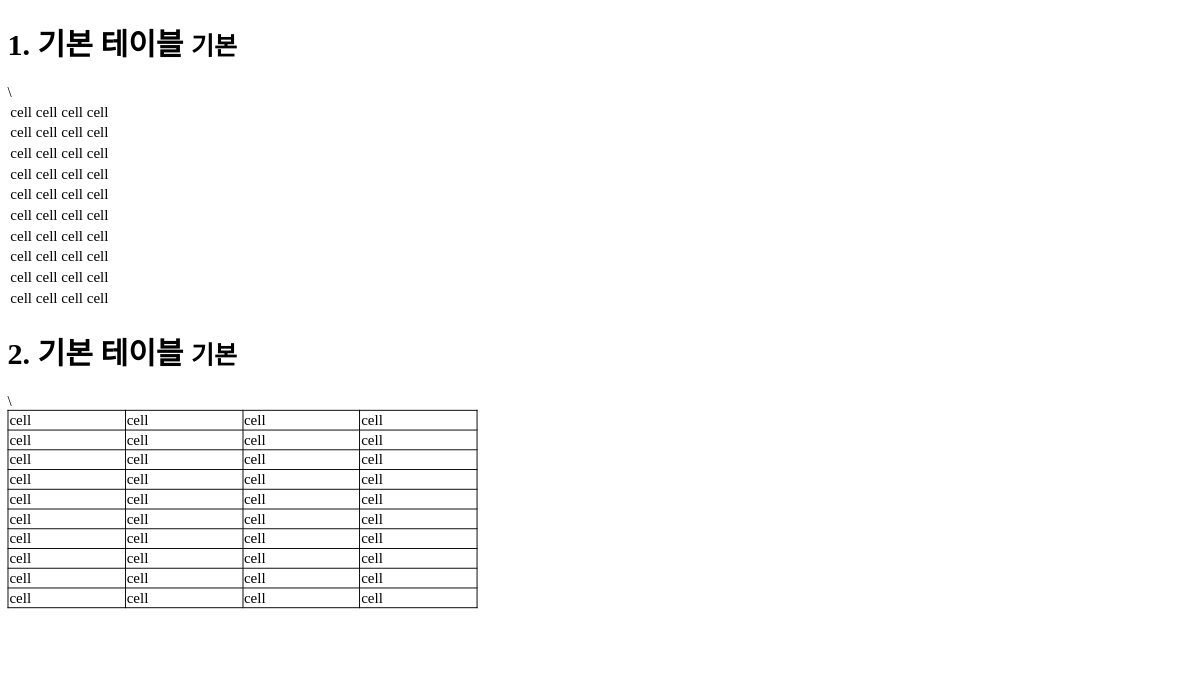
Repository: park-nahyun/BootstrapStudy
Page: BootstrapWork/WebContent/BootEx02.html
An editor plug-in stored every save of this project. The page is shown before and after the next save, followed by the edit.
The browser window is 1280 px wide. The pictures show the whole page, at 94% of full size.

Above is the page before, as saved 2021-07-01 03:31:47.

After the next save:
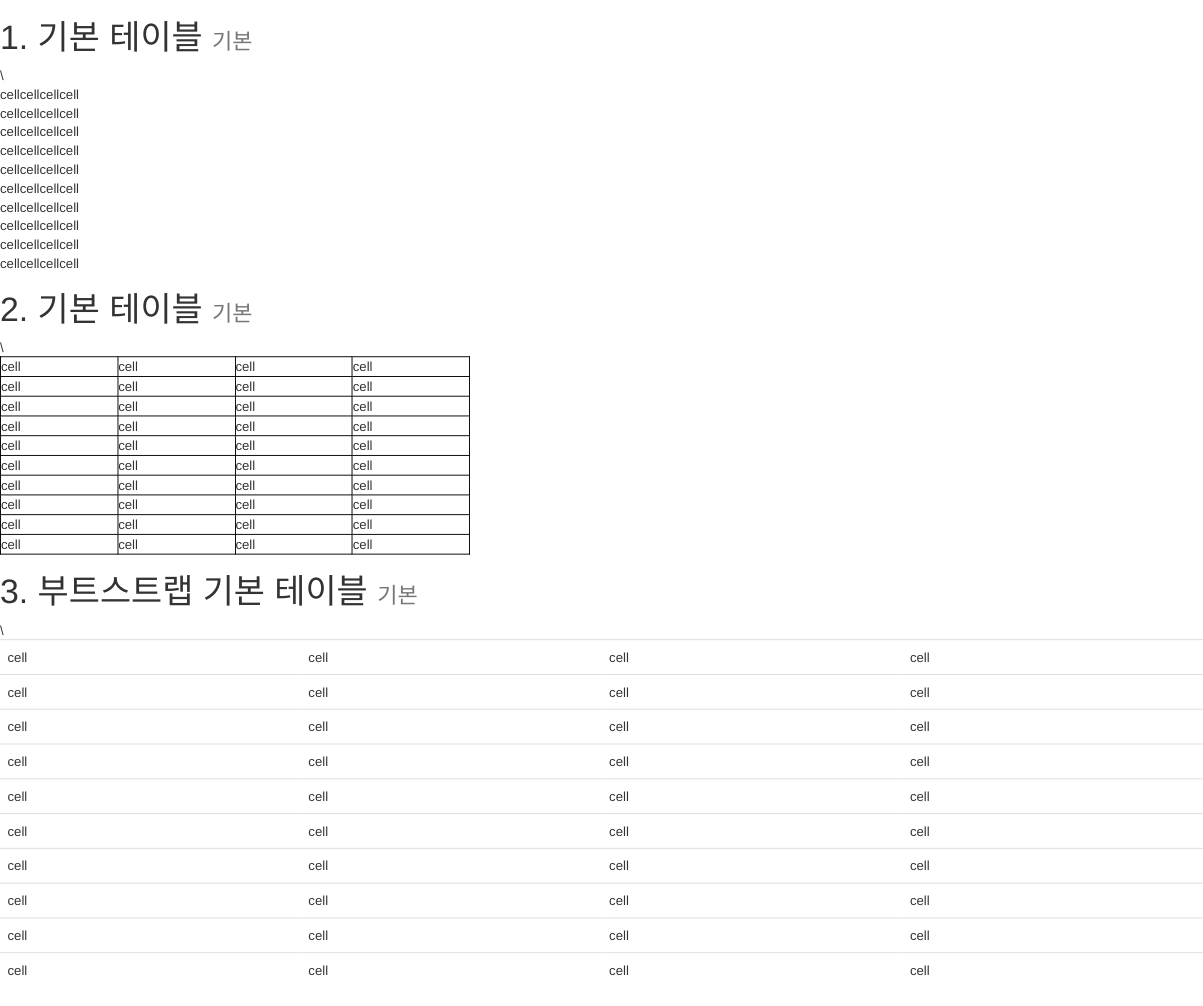
Saved 114 s later.
--- a/BootstrapWork/WebContent/BootEx02.html
+++ b/BootstrapWork/WebContent/BootEx02.html
@@ -3,6 +3,10 @@
 <head>
 <meta charset="UTF-8">
 <title>BootEx02.html</title>
+
+<link rel="stylesheet" href="css/bootstrap.css">
+<script type="text/javascript" src="http://code.jquery.com/jquery.min.js"></script>
+<script type="text/javascript" src="js/bootstrap.min.js"></script>
 
 <style type="text/css">
 	/* 테이블 기본 서식 */
@@ -154,5 +158,71 @@
 		<td>cell</td>
 	</tr>
 </table>
+
+
+<h1>3. 부트스트랩 기본 테이블 <small>기본</small></h1>\
+<!-- table>(tr>td{cell}*4)*10 -->
+<table class="table">
+	<tr>
+		<td>cell</td>
+		<td>cell</td>
+		<td>cell</td>
+		<td>cell</td>
+	</tr>
+	<tr>
+		<td>cell</td>
+		<td>cell</td>
+		<td>cell</td>
+		<td>cell</td>
+	</tr>
+	<tr>
+		<td>cell</td>
+		<td>cell</td>
+		<td>cell</td>
+		<td>cell</td>
+	</tr>
+	<tr>
+		<td>cell</td>
+		<td>cell</td>
+		<td>cell</td>
+		<td>cell</td>
+	</tr>
+	<tr>
+		<td>cell</td>
+		<td>cell</td>
+		<td>cell</td>
+		<td>cell</td>
+	</tr>
+	<tr>
+		<td>cell</td>
+		<td>cell</td>
+		<td>cell</td>
+		<td>cell</td>
+	</tr>
+	<tr>
+		<td>cell</td>
+		<td>cell</td>
+		<td>cell</td>
+		<td>cell</td>
+	</tr>
+	<tr>
+		<td>cell</td>
+		<td>cell</td>
+		<td>cell</td>
+		<td>cell</td>
+	</tr>
+	<tr>
+		<td>cell</td>
+		<td>cell</td>
+		<td>cell</td>
+		<td>cell</td>
+	</tr>
+	<tr>
+		<td>cell</td>
+		<td>cell</td>
+		<td>cell</td>
+		<td>cell</td>
+	</tr>
+</table>
 </body>
 </html>
